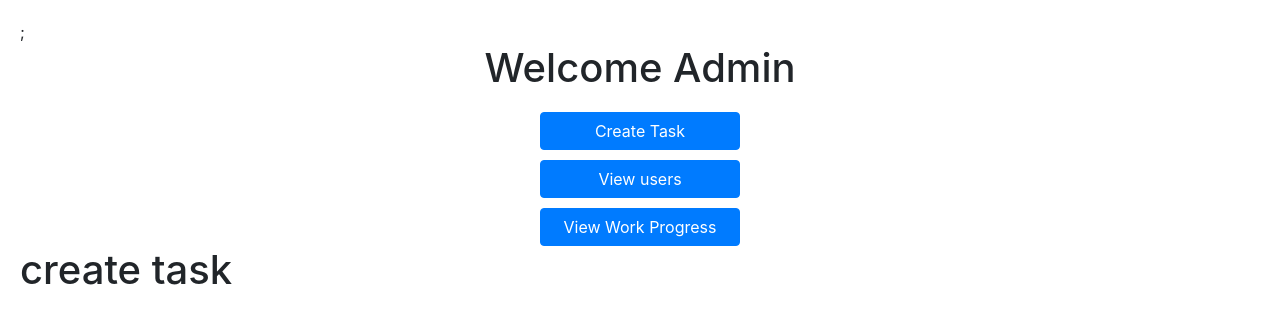
Repository: neha-rouniyar/taskmgmt
Page: http://localhost/admin/view-work-progress
The author's editor kept a copy of each file at every save. The page is drawn from the files as they stood at one save, then again after the next save.
The browser window is 1280 px wide. The pictures show the whole page.
Some web libraries are served in a nearby version. The page is served by the project's Laravel application, run on PHP 8.4 with Laravel 10. Other server files are loaded and not shown.

Above is the page before, as saved 2023-12-11 15:07:43.

### routes/web.php
<?php

use App\Http\Controllers\AdminController;
use Illuminate\Support\Facades\Route;
use App\Http\Controllers\LoginController;
/*
|--------------------------------------------------------------------------
| Web Routes
|--------------------------------------------------------------------------
|
| Here is where you can register web routes for your application. These
| routes are loaded by the RouteServiceProvider and all of them will
| be assigned to the "web" middleware group. Make something great!
|
*/

Route::get('/', function () {
    return view('welcome');
});
Route::get('/login-form',[LoginController::class,'index'])->name('login.form');
Route::post('/login-form-submit',[LoginController::class,'loginFormSubmit'])->name('login.form.submit');




Route::get('/register-form',[LoginController::class,'index2'])->name('register.form');
Route::post('/register-form-submit',[LoginController::class,'registerFormSubmit'])->name('register.form.submit');


//user dashboard
Route::get('/user-dashboard',[LoginController::class,'userDashboard'])->name('user.dashboard');
Route::get('/admin-dashboard',[LoginController::class,'adminDashboard'])->name('admin.dashboard');


//admin
Route::get('/admin/view-users',[AdminController::class,'viewUsers'])->name('admin.view.users');
Route::get('/admin/create-task',[AdminController::class,'createTask'])->name('admin.create.task');
Route::get('/admin/view-work-progress',[AdminController::class,'viewWorkProgress'])->name('admin.view.workprogress');

### app/Http/Controllers/AdminController.php
<?php

namespace App\Http\Controllers;

use App\Models\User;
use Illuminate\Http\Request;

class AdminController extends Controller
{
    public function viewUsers()
    {
        $users=User::all()->where('usertype','regular');
        // dd($users);
        return view('admin.viewUsers',compact('users'));
    }
    public function createTask()
    {
        return view('admin.task.create');
    }
    public function viewWorkProgress()
    {
        return view('admin.task.workprogress');
    }
}

### resources/views/admin/task/workprogress.blade.php
@extends('admin.dashboard');
@section('admin-content')

<h1>create task</h1>

@endsection

### resources/views/admin/dashboard.blade.php
<!doctype html>
<html lang="en">
  <head>
    <!-- Required meta tags -->
    <meta charset="utf-8">
    <meta name="viewport" content="width=device-width, initial-scale=1, shrink-to-fit=no">

    <!-- Bootstrap CSS -->
    <link rel="stylesheet" href="https://cdn.jsdelivr.net/npm/bootstrap@4.0.0/dist/css/bootstrap.min.css" integrity="sha384-Gn5384xqQ1aoWXA+058RXPxPg6fy4IWvTNh0E263XmFcJlSAwiGgFAW/dAiS6JXm" crossorigin="anonymous">
    <style>
      body {
          padding: 20px;
      }

      h1 {
          margin-bottom: 20px;
      }

      .btn-container {
          display: flex;
          flex-direction: column;
          gap: 10px;
      }

      .btn-container a {
          text-decoration: none;
      }

      .btn {
          width: 200px;
      }
  </style>
    <title>Hello, world!</title>
  </head>
  <body>
    <div class="container text-center">
        <h1>Welcome Admin</h1>
        <div class="btn-container">
            <a href="{{route('admin.create.task')}}">
                <button type="button" class="btn btn-primary">Create Task</button>
            </a>
            <a href="{{route('admin.view.users')}}">
                <button type="button" class="btn btn-primary">View users</button>
            </a>
            <a href="{{route('admin.view.workprogress')}}">
                <button type="button" class="btn btn-primary">View Work Progress</button>
            </a>
        </div>
    </div>
    @yield('admin-content')
    <script src="https://code.jquery.com/jquery-3.2.1.slim.min.js" integrity="sha384-KJ3o2DKtIkvYIK3UENzmM7KCkRr/rE9/Qpg6aAZGJwFDMVNA/GpGFF93hXpG5KkN" crossorigin="anonymous"></script>
    <script src="https://cdn.jsdelivr.net/npm/popper.js@1.12.9/dist/umd/popper.min.js" integrity="sha384-ApNbgh9B+Y1QKtv3Rn7W3mgPxhU9K/ScQsAP7hUibX39j7fakFPskvXusvfa0b4Q" crossorigin="anonymous"></script>
    <script src="https://cdn.jsdelivr.net/npm/bootstrap@4.0.0/dist/js/bootstrap.min.js" integrity="sha384-JZR6Spejh4U02d8jOt6vLEHfe/JQGiRRSQQxSfFWpi1MquVdAyjUar5+76PVCmYl" crossorigin="anonymous"></script>
</body>
</html>

Loaded but not shown: app/Http/Controllers/Controller.php (common file)

After the next save:
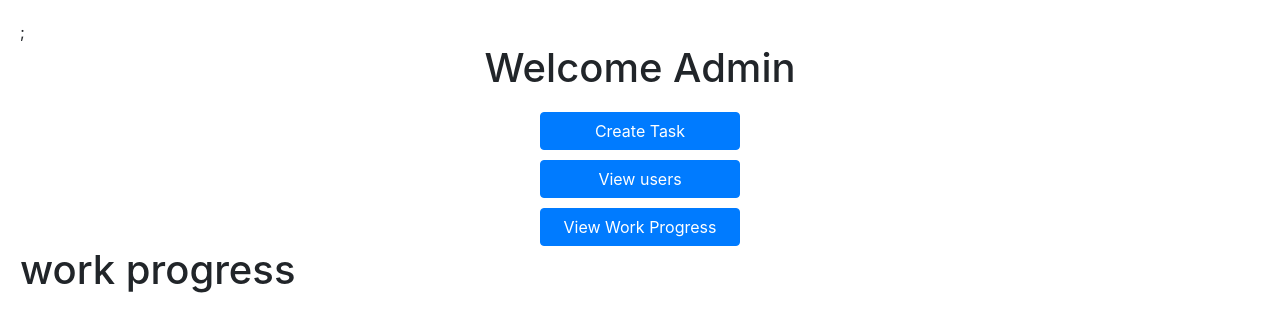
Saved 5 s later.
--- a/resources/views/admin/task/workprogress.blade.php
+++ b/resources/views/admin/task/workprogress.blade.php
@@ -1,6 +1,6 @@
 @extends('admin.dashboard');
 @section('admin-content')
 
-<h1>create task</h1>
+<h1>work progress</h1>
 
 @endsection
